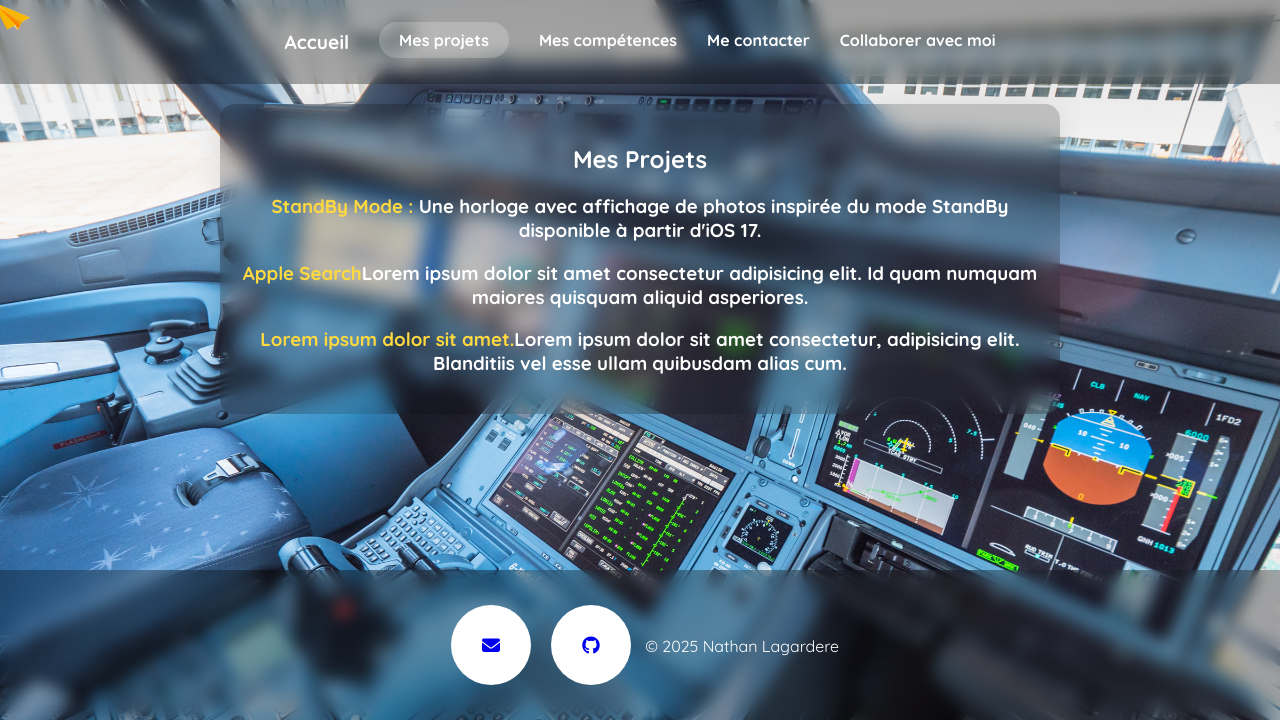
Repository: nlagardere/myportfolio
Page: projects.html
These files come from the project's save history. The page is drawn as it stood at one moment and after the next save; the edit follows.
The browser window is 1280 px wide. The pictures show the whole page.

Above is the page before, as saved 2025-09-07 12:02:23.

### projects.html
<!DOCTYPE html>
<html lang="fr">
<head>
  <meta charset="UTF-8">
  <meta name="viewport" content="width=device-width, initial-scale=1.0">
  <title>Portfolio</title>

  <link href="https://fonts.googleapis.com/css2?family=Exo+2:wght@400;700&family=Quicksand:wght@400;700&display=swap" rel="stylesheet">
  <link rel="stylesheet" href="https://cdnjs.cloudflare.com/ajax/libs/font-awesome/6.5.0/css/all.min.css">

  <style>
    html{
      scroll-behavior: smooth;
      cursor: none;
    }

    body {
      font-family: 'Quicksand', sans-serif;
      margin: 0;
      padding: 0;
      min-height: 100vh;
      display: flex;
      flex-direction: column;
      background: url('a350.jpg') no-repeat center center;
      background-size: cover;
      color: #fff;

    }

    header {
      text-align: center;
      padding: 30px 20px;
      background: rgba(0,0,0,0.3);
      backdrop-filter: blur(8px);
    }

    .glasscard, .competences {
      background: rgba(0, 0, 0, 0.2);
      border-radius: 15px;
      padding: 20px;
      margin: 20px auto;
      max-width: 800px;
      backdrop-filter: blur(10px);
      box-shadow: 0 4px 30px rgba(0,0,0,0.1);
      text-align: center;
      animation: zoomPop 1s ease forwards;
      color: white;
    }

    .highlight {
      color: #FFD93D;
      font-weight: bold;
    }

    @keyframes zoomPop {
      0% { opacity: 0; transform: scale(0.1) translateZ(-800px); }
      60% { opacity: 1; transform: scale(1.2) translateZ(50px); }
      80% { transform: scale(0.95) translateZ(0); }
      100% { opacity: 1; transform: scale(1) translateZ(0); }
    }

    .wrapper {
      display: inline-flex;
      justify-content: center;
      list-style: none;
      padding: 20px 0;
      margin: 0 auto;
    }

    .wrapper .icon {
      position: relative;
      background: #ffffff;
      border-radius: 50%;
      padding: 15px;
      margin: 0 10px;
      width: 50px;
      height: 50px;
      font-size: 18px;
      display: flex;
      justify-content: center;
      align-items: center;
      cursor: pointer;
      transition: all 0.2s cubic-bezier(0.68, -0.55, 0.265, 1.55);
    }

    .wrapper .tooltip {
      position: absolute;
      bottom: 100%;
      left: 50%;
      transform: translateX(-50%) translateY(-10px);
      font-size: 14px;
      background: #333;
      color: #fff;
      padding: 5px 8px;
      border-radius: 5px;
      opacity: 0;
      pointer-events: none;
      white-space: nowrap;
      transition: all 0.3s cubic-bezier(0.68, -0.55, 0.265, 1.55);
      z-index: 10;
    }

    .wrapper .tooltip::before {
      content: "";
      position: absolute;
      top: 100%;
      left: 50%;
      transform: translateX(-50%) rotate(45deg);
      width: 8px;
      height: 8px;
      background: #333;
    }

    .wrapper .icon:hover .tooltip {
      opacity: 1;
      pointer-events: auto;
      transform: translateX(-50%) translateY(-15px);
    }

    .wrapper .mail:hover,
    .wrapper .mail:hover .tooltip,
    .wrapper .mail:hover .tooltip::before {
      background: #00CED1;
      color: #fff;
    }

    .wrapper .github:hover,
    .wrapper .github:hover .tooltip,
    .wrapper .github:hover .tooltip::before {
      background: #333333;
      color: #fff;
    }

    .footer{
      text-align: center;
      padding: 15px 20px;
      background: rgba(0,0,0,0.3);
      backdrop-filter: blur(8px);
      color: white;
      margin-top: auto;
    }

    .navbar ul {
      list-style: none;
      padding: 0;
      margin: 0;
      display: flex;
      justify-content: center;
      gap: 30px;
      flex-wrap: wrap;
    }
    .navbar ul li {
      display: inline;
    }
    .navbar ul li a {
      text-decoration: none;
      color: white;
      font-weight: bold;
      transition: color 0.3s;
    }
    .navbar ul li a:hover {
      color: #FFD93D;
    }

    .navbar .accueil a {
      font-size: 1.2em;
      font-weight: bold;
      color: #ffffff;
    }
    .navbar .accueil a:hover {
      color: #FFD93D;
    }

    .projets-wrapper {
      background: rgba(255, 255, 255, 0.2);
      backdrop-filter: blur(10px);
      padding: 8px 20px;
      border-radius: 25px;
      color: #fff;
      font-weight: bold;
      transition: all 0.3s ease;
    }

    .projets-wrapper:hover {
      background: rgba(255, 255, 255, 0.4);
      transform: scale(1.05);
      color: #FFD93D;
    }

    #mouse {
  position: fixed;
  top: 0;
  left: 0;
  width: 64px;
  height: 64px;
  background: url('cursor.png') no-repeat center center;
  background-size: contain;
  pointer-events: none; /* pour que le curseur ne bloque pas les clics */
  transform: translate(-50%, -50%);
  z-index: 9999;
  transform: translate(-35%, -25%);
  pointer-events: none;
}
::selection {
  background-color: #ffcc00; /* couleur de fond */
  color: #000000;            /* couleur du texte */
}



    @media (max-width: 600px) {
      .letter-block .letter {
        font-size: 2.5em;
      }
    }

  </style>
</head>
<body>
  <div id="mouse"></div>
  <header>
    <nav class="navbar">
      <ul>
        <li class="accueil">
          <a href="index.html">Accueil</a>
        </li>
        <li><a href="projects.html" class="projets-wrapper">Mes projets</a></li>
        <li><a href="competences.html">Mes compétences</a></li>
        <li><a href="contact.html">Me contacter</a></li>
        <li><a href="collaborate.html">Collaborer avec moi</a></li>
      </ul>
    </nav>
  </header>

 <div calss="projects">
    <div class="glasscard">
      <h2>Mes Projets</h2>
      <h3><span class="highlight">StandBy Mode : </span>Une horloge avec affichage de photos inspirée du mode StandBy disponible à partir d'iOS 17.</h3>
      <h3><span class="highlight">Apple Search</span>Lorem ipsum dolor sit amet consectetur adipisicing elit. Id quam numquam maiores quisquam aliquid asperiores.</h3>
      <h3><span class="highlight">Lorem ipsum dolor sit amet.</span>Lorem ipsum dolor sit amet consectetur, adipisicing elit. Blanditiis vel esse ullam quibusdam alias cum.</h3>
    </div>
  </div>



  <div class="footer">
    <ul class="wrapper">
      <li class="icon mail">
        <a href="mailto:nathan.lagardere@gmail.com" target="_blank">
          <span class="tooltip">Mail</span>
          <i class="fas fa-envelope"></i>
        </a>
      </li>
      <li class="icon github">
        <a href="https://github.com/nlagardere" target="_blank">
          <span class="tooltip">Github</span>
          <i class="fab fa-github"></i>
        </a>
      </li>
    </ul>
    © 2025 Nathan Lagardere
  </div>

  <script>
    const mouse = document.querySelector('#mouse')
    window.addEventListener('mousemove', (e) => {
      mouse.style.top = e.pageY + 'px'
      mouse.style.left = e.pageX + 'px'
    })
  </script>
</body>
</html>

After the next save:
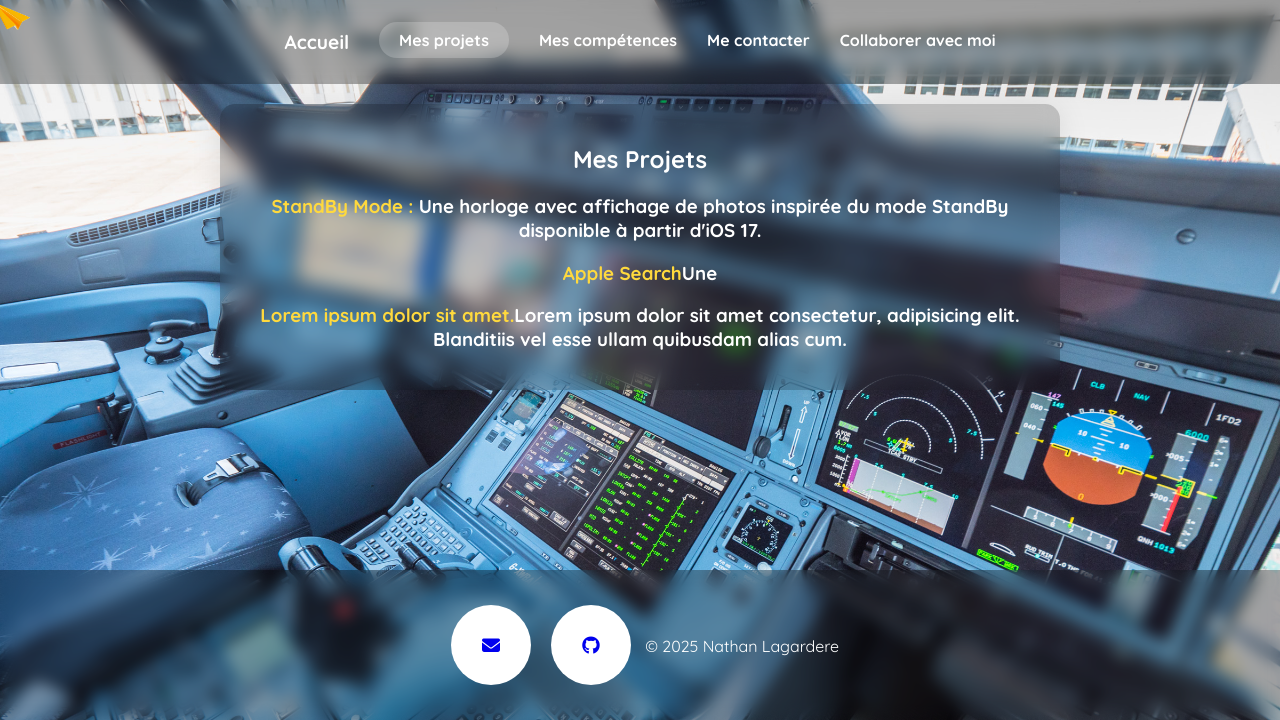
Saved 6 s later.
--- a/projects.html
+++ b/projects.html
@@ -236,7 +236,7 @@
     <div class="glasscard">
       <h2>Mes Projets</h2>
       <h3><span class="highlight">StandBy Mode : </span>Une horloge avec affichage de photos inspirée du mode StandBy disponible à partir d'iOS 17.</h3>
-      <h3><span class="highlight">Apple Search</span>Lorem ipsum dolor sit amet consectetur adipisicing elit. Id quam numquam maiores quisquam aliquid asperiores.</h3>
+      <h3><span class="highlight">Apple Search</span>Une </h3>
       <h3><span class="highlight">Lorem ipsum dolor sit amet.</span>Lorem ipsum dolor sit amet consectetur, adipisicing elit. Blanditiis vel esse ullam quibusdam alias cum.</h3>
     </div>
   </div>
